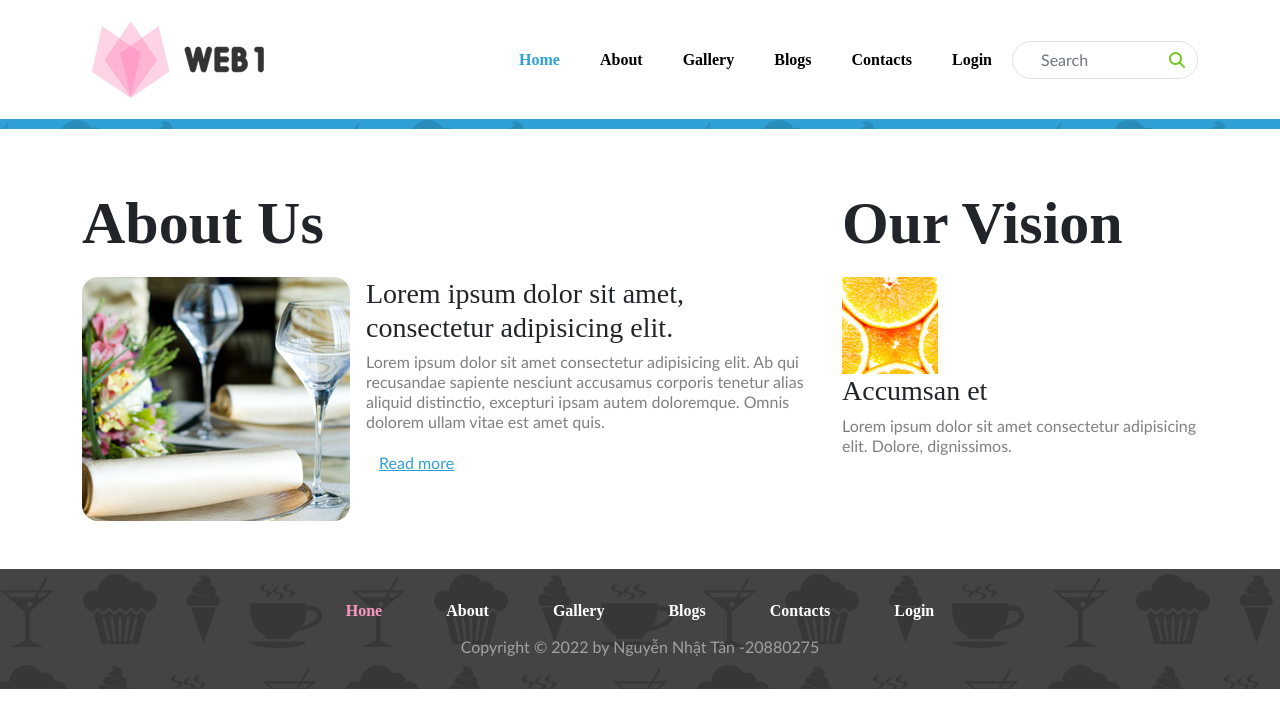
Repository: carembanhkem/web1-20880275
Page: about.html
These files come from the project's save history. The page is drawn as it stood at one moment and after the next save; the edit follows.
The browser window is 1280 px wide. The pictures show the whole page.
Some web fonts or font styles are not loaded; a fallback is used. Some web libraries are served in a nearby version.

Above is the page before, as saved 2023-02-06 11:18:51.
Console error: ReferenceError: bootstrap is not defined

### about.html
<!doctype html>
<html lang="en">

<head>
    <title>20880275 - Web1 Project</title>
    <!-- Required meta tags -->
    <meta charset="utf-8">
    <meta name="viewport" content="width=device-width, initial-scale=1, shrink-to-fit=no">
    <!-- Favicon-->
    <link rel="shortcut icon" href="images/favicon.ico" type="image/x-icon">
    <!-- FontAweSome-->
    <script src="https://kit.fontawesome.com/ee054dad92.js" crossorigin="anonymous"></script>
    <!-- Google Fonts -->
    <link rel="preconnect" href="https://fonts.googleapis.com">
    <link rel="preconnect" href="https://fonts.gstatic.com" crossorigin>
    <link href="https://fonts.googleapis.com/css2?family=Changa+One&display=swap" rel="stylesheet">
    <!-- Bootstrap CSS v5.2.1 -->
    <link href="https://cdn.jsdelivr.net/npm/bootstrap@5.2.1/dist/css/bootstrap.min.css" rel="stylesheet"
        integrity="sha384-iYQeCzEYFbKjA/T2uDLTpkwGzCiq6soy8tYaI1GyVh/UjpbCx/TYkiZhlZB6+fzT" crossorigin="anonymous">
    <link rel="stylesheet" href="css/20880275.css">
</head>

<body>
    <header class="container">
        <nav class="navbar navbar-expand-sm navbar-light">
            <a class="navbar-brand" href="#">
                <img src="images/logo.png" alt="Web1 Logo">
            </a>
            <button class="navbar-toggler d-lg-none" type="button" data-bs-toggle="collapse" data-bs-target="#menu-header" aria-controls="menu-header"
                aria-expanded="false" aria-label="Toggle navigation"></button>
            <div class="collapse navbar-collapse" id="menu-header">
                <ul class="navbar-nav ms-auto mt-2 mt-lg-0">
                    <li class="nav-item">
                        <a class="nav-link active" href="index.html" aria-current="page">Home <span class="visually-hidden">(current)</span></a>
                    </li>
                    <li class="nav-item">
                        <a class="nav-link" href="about.html">About</a>
                    </li>
                    <li class="nav-item">
                        <a class="nav-link" href="gallery.html">Gallery</a>
                    </li>
                    <li class="nav-item">
                        <a class="nav-link" href="blogs.html">Blogs</a>
                    </li>
                    <li class="nav-item">
                        <a class="nav-link" href="contact.html">Contacts</a>
                    </li>
                    <li class="nav-item">
                        <a class="nav-link" href="#" data-bs-toggle="modal" data-bs-target="#modalLogin">Login</a>
                    </li>
                </ul>
                <form class="d-flex my-2 my-lg-0 border rounded-pill" id="formSearch">
                    <input class="form-control border-0 ms-3" type="text" placeholder="Search">
                    <button class="btn my-2 my-sm-0 border-0" type="submit"><i class="fa-solid fa-magnifying-glass"></i></button>
                </form>
            </div>
        </nav>
    </header>

    <section id="banner-small">

    </section>

    <section class="container py-5">
        <div class="row">
            <div class="col-8">
                <h1 class="py-3">About Us</h1>
                <div>
                    <img src="images/about-1.jpg" alt="About us" class="float-start rounded-4 me-3">
                    <h3>Lorem ipsum dolor sit amet, consectetur adipisicing elit.</h3>
                    <p class="text-black-50">Lorem ipsum dolor sit amet consectetur adipisicing elit. Ab qui recusandae sapiente nesciunt accusamus corporis tenetur alias aliquid distinctio, excepturi ipsam autem doloremque. Omnis dolorem ullam vitae est amet quis.</p>
                    <a href="#" class="btn btn-link readmore">Read more</a>
                </div>
            </div>
            <div class="col-4">
                <h1 class="py-3">Our Vision</h1>
                <div>
                    <img src="images/vision/vision-1.jpg" alt="vision1">
                    <h3>Accumsan et</h3>
                    <p class="text-black-50">Lorem ipsum dolor sit amet consectetur adipisicing elit. Dolore, dignissimos.</p>


                </div>
            </div>
        </div>
    </section>

    <!-- Footer -->
    <footer class="text-center container-fluid text-white py-3">
        <ul class="nav justify-content-center py-3" id="menu-footer">
            <li class="nav-item">
                <a class="nav-link active" href="#" aria-current="page">Hone</a>
            </li>
            <li class="nav-item">
                <a class="nav-link" href="about.html">About</a>
            </li>
            <li class="nav-item">
                <a class="nav-link" href="gallery.html">Gallery</a>
            </li>
            <li class="nav-item">
                <a class="nav-link" href="blogs.html">Blogs</a>
            </li>
            <li class="nav-item">
                <a class="nav-link" href="contact.html">Contacts</a>
            </li>
            <li class="nav-item">
                <a class="nav-link" href="#" data-bs-toggle="modal" data-bs-target="#modalLogin">Login</a>
            </li>
        </ul>
        <p class="text-white-50">Copyright &copy; 2022 by  Nguyễn Nhật Tân -20880275</p>
    </footer>

    <!-- Modal Body -->
    <!-- if you want to close by clicking outside the modal, delete the last endpoint:data-bs-backdrop and data-bs-keyboard -->
    <div class="modal fade" id="modalLogin" tabindex="-1" data-bs-backdrop="static" data-bs-keyboard="false" role="dialog" aria-labelledby="modalTitleId" aria-hidden="true">
        <div class="modal-dialog modal-dialog-scrollable modal-dialog-centered modal-sm" role="document">
            <div class="modal-content">
                <div class="modal-header">
                    <button type="button" class="btn-close" data-bs-dismiss="modal" aria-label="Close"></button>
                </div>
                <div class="modal-body">
                    <form action="#" method="post" id="formLogin">
                        <h3 class="text-center">Login Form</h3>
                        <div class="mb-3">
                            <input type="text" name="username" id="username" placeholder="Username" class="form-control">
                        </div>
                        <div class="mb-3">
                            <input type="password" name="password" id="password" placeholder="Password" class="form-control">
                        </div>
                        <button type="submit" class="form-control btn">Login</button>
                    </form>
                </div>
                <div class="modal-footer">

                </div>
            </div>
        </div>
    </div>


    <!-- Optional: Place to the bottom of scripts -->
    <script>
        const myModal = new bootstrap.Modal(document.getElementById('modalLogin'), options)

    </script>

    <!-- Boostrap JavaScript Libraries -->
    <script src="https://cdn.jsdelivr.net/npm/@popperjs/core@2.11.6/dist/umd/popper.min.js"
        integrity="sha384-oBqDVmMz9ATKxIep9tiCxS/Z9fNfEXiDAYTujMAeBAsjFuCZSmKbSSUnQlmh/jp3" crossorigin="anonymous">
    </script>

    <script src="https://cdn.jsdelivr.net/npm/bootstrap@5.2.1/dist/js/bootstrap.min.js"
        integrity="sha384-7VPbUDkoPSGFnVtYi0QogXtr74QeVeeIs99Qfg5YCF+TidwNdjvaKZX19NZ/e6oz" crossorigin="anonymous">
    </script>
</body>

</html>

### css/20880275.css
:root {
    --web1-pink: #FA97C2;
    --web1-blue: #2FA0D5;
    --web1-green: #73C926;
}

body {
    font-family: 'Trebuchet MS', Arial, Helvetica, sans-serif;
    font-size: 16px;
    line-height: 20px;
}

h1, h2, h3, h4 {
    font-family: 'Changa One', cursive;
    font-weight: 400;
}

h1 {
    font-size: 60px;
    line-height: 60px;
    font-weight: 900;
}

/* Header */
#menu-header a {
    display: block;
    padding: 0 1.25rem;
    font-weight: bold;
    color: black;
    font-family: 'Changa One', cursive;
}
#menu-header a.active {
    color: var(--web1-blue);
}

#formSearch input {
    width: 8rem;
}

#formSearch i {
    color: var(--web1-green);
}

/* Banner */
#banner {
    background-image: url('../images/bg-banner.gif');
}

#banner > div {
    background: url('../images/logo_bg.png') left top no-repeat, url('../images/search_bg.png') right top no-repeat;
    padding: 5rem 0  3rem 0;
}

#banner a {
    background-color: var(--web1-pink);
    font-family: 'Changa One', cursive;
    font-size: 2rem;
}

#banner .carousel-item {
    min-height: 15rem; /*Do chieu cao khong co dinh nen minheight bang cai lon nhat de ko bi xe dich*/
}

#banner .carousel-indicators li {
    width: 1.2rem;
    height: 1.2rem;
    border-radius: 1.2rem; /* de no thanh hinh tron*/
    border: none; /* de no thanh hinh tron vi width = height = border radius*/
    margin: 0 0.25rem;
    position: relative;
}

#banner .carousel-indicators li span {
    position: absolute;
    top: 0.3rem;
    left: 0.3rem;
    width: 0.6rem;
    height: 0.6rem;
    border-radius: 0.6rem;
    border: none;
    text-align:left;
    text-indent: -9999px;
}

#banner .carousel-indicators li.active span{
    background-color: var(--web1-green);
}

/* banner small */
#banner-small {
    background-image: url(../images/bg-banner.gif);
    padding: 5px;
}

/* products */
.readmore {
    color: var(--web1-blue);
    margin-top: -4px;
}

.web1-text-blue {
    color: var(--web1-blue);
}

/* about us */
#aboutus {
    background-color: var(--web1-pink);
}

#formSignUp {
    border-style: dashed !important;
    border-color: rgba(0,0,0,0.5) !important;
}

/* news */
#news .date {
    background-color: var(--web1-green);
    width: 6rem;
    padding: 1.5rem;
}

/* Footer*/
footer {
    background-image: url('../images/bg-footer.gif');
}

#menu-footer a {
    color: white;
    font-weight: bold;
    font-family: 'Changa One', cursive;
    display: block;
    padding: 0 2rem;
}

#menu-footer a.active {
    color: var(--web1-pink);
}

/* Modal Login*/
#formLogin button[type="submit"]{
    background-color: var(--web1-blue);
    color: white;
}

After the next save:
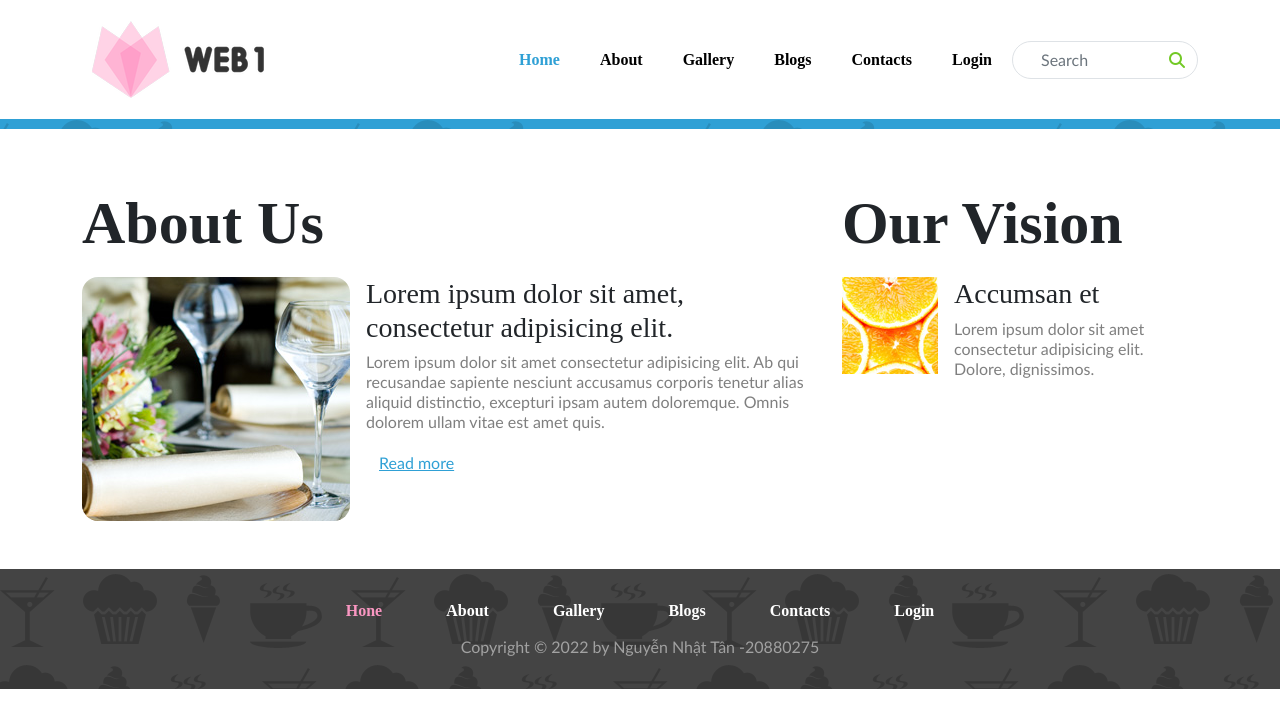
Saved 16 s later.
--- a/about.html
+++ b/about.html
@@ -75,7 +75,7 @@
             <div class="col-4">
                 <h1 class="py-3">Our Vision</h1>
                 <div>
-                    <img src="images/vision/vision-1.jpg" alt="vision1">
+                    <img src="images/vision/vision-1.jpg" alt="vision1" class="float-start me-3">
                     <h3>Accumsan et</h3>
                     <p class="text-black-50">Lorem ipsum dolor sit amet consectetur adipisicing elit. Dolore, dignissimos.</p>
 
